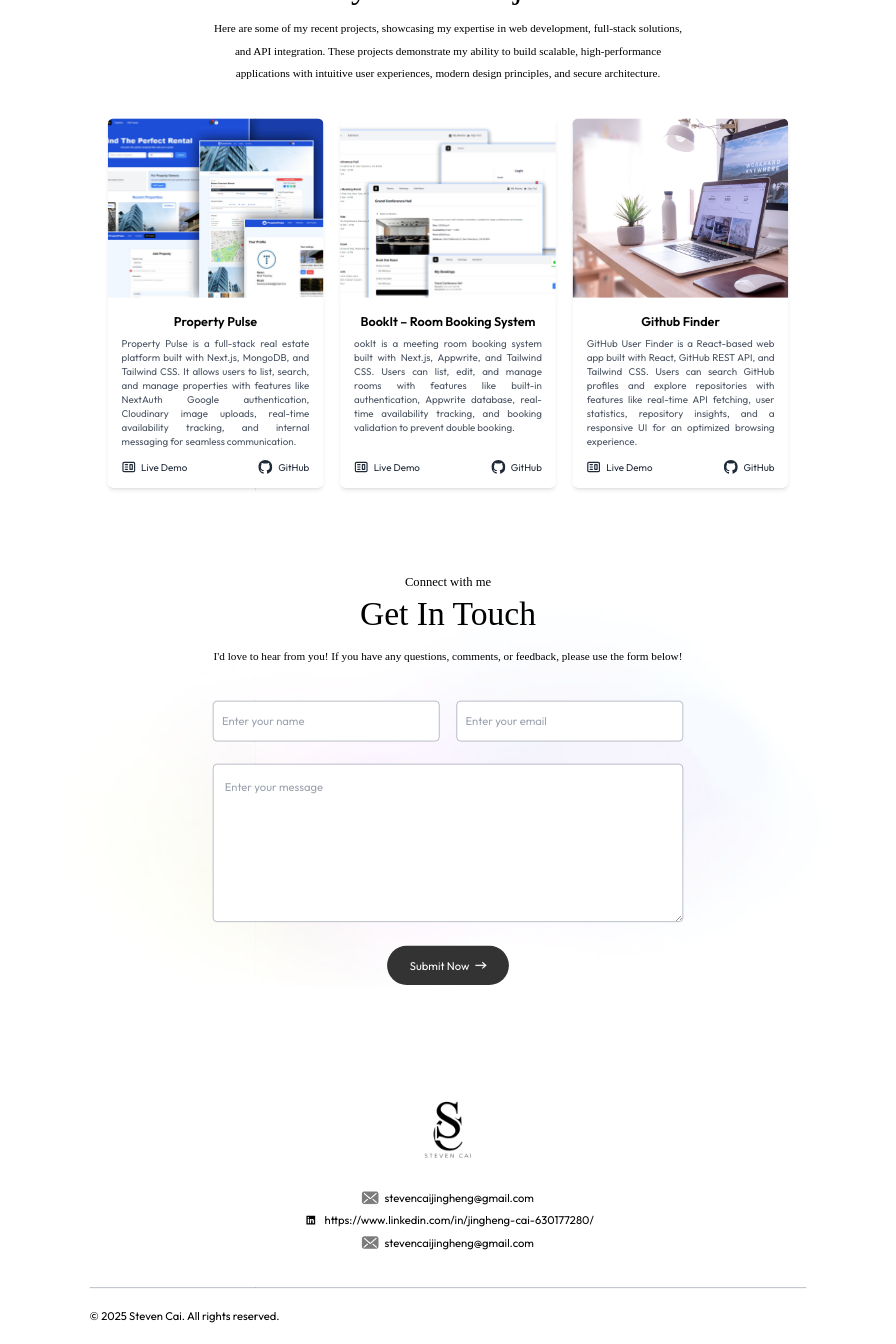
Repository: Steven4cai/profolio
Page: /
The author's editor kept a copy of each file at every save. The page is drawn from the files as they stood at one save, then again after the next save.
The browser window is 1280 px wide. The pictures show the part of the page from y = 2473 to 4393 px (the page is 4393 px tall), at 70% of full size.
Some web fonts or font styles are not loaded; a fallback is used. The project was rebuilt for these pictures with package versions that can differ from the ones it lists, and the page was loaded fresh each time. The framework's server and built-in components were replaced by stand-ins that run in the browser. Also part of the build but not shown: next.config.mjs.

Above is the page before, as saved 2025-02-09 14:21:07.

After the next save:
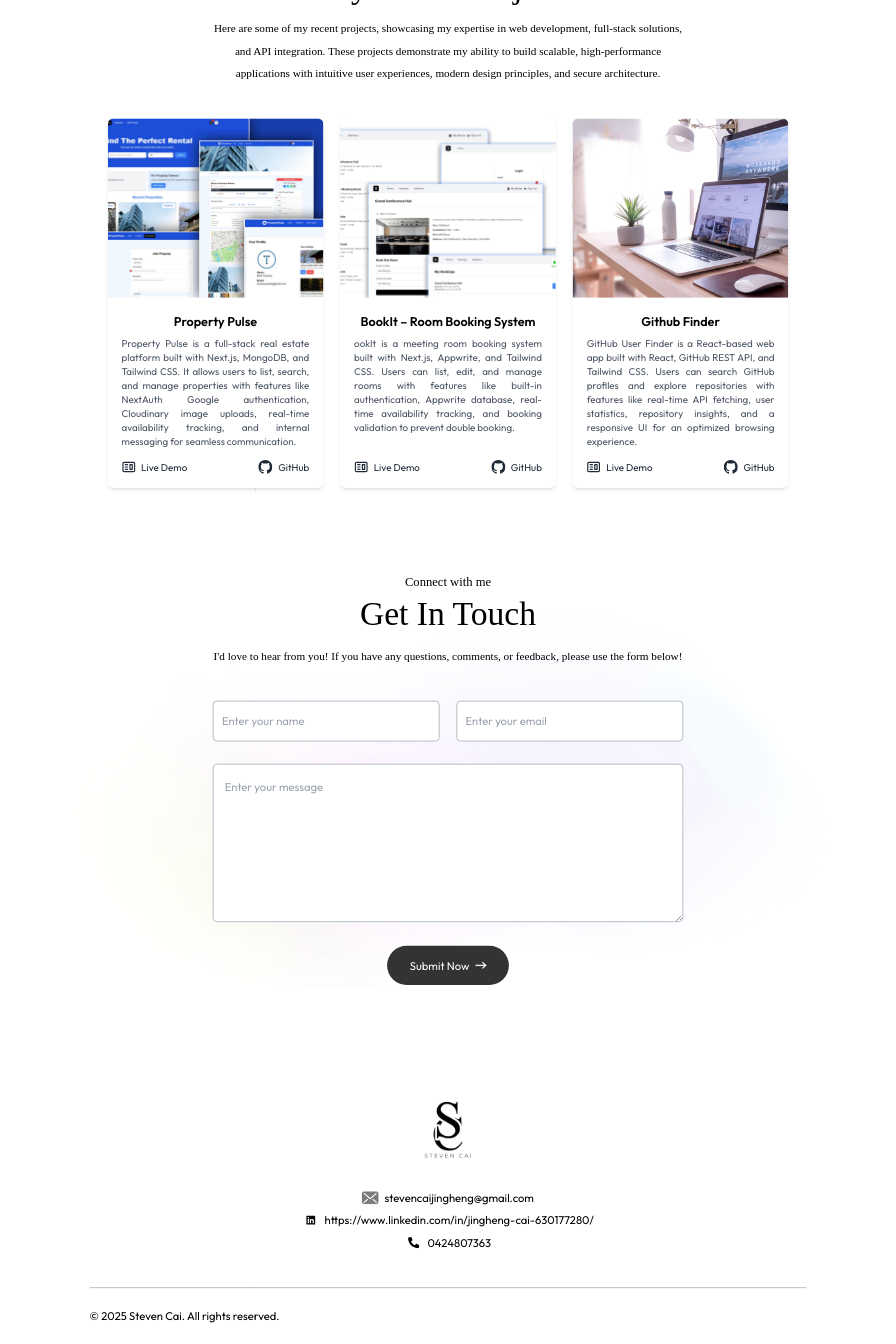
Saved 40 s later.
--- a/components/Footer.jsx
+++ b/components/Footer.jsx
@@ -1,6 +1,8 @@
 import Image from 'next/image'
 import React from 'react'
 import { assets } from '@/assets/assets'
+import { FaPhoneAlt } from "react-icons/fa";
+
 import { AiFillLinkedin } from "react-icons/ai";
 
 
@@ -23,8 +25,8 @@
         </div>
 
         <div className='flex w-max items-center gap-2 mx-auto'>
-            <Image src={isDark ?assets.mail_icon_dark : assets.mail_icon} alt='' className='w-6'/>
-            stevencaijingheng@gmail.com
+            <FaPhoneAlt className='w-6'/>
+            0424807363
         </div>
       </div>
       <div className=
